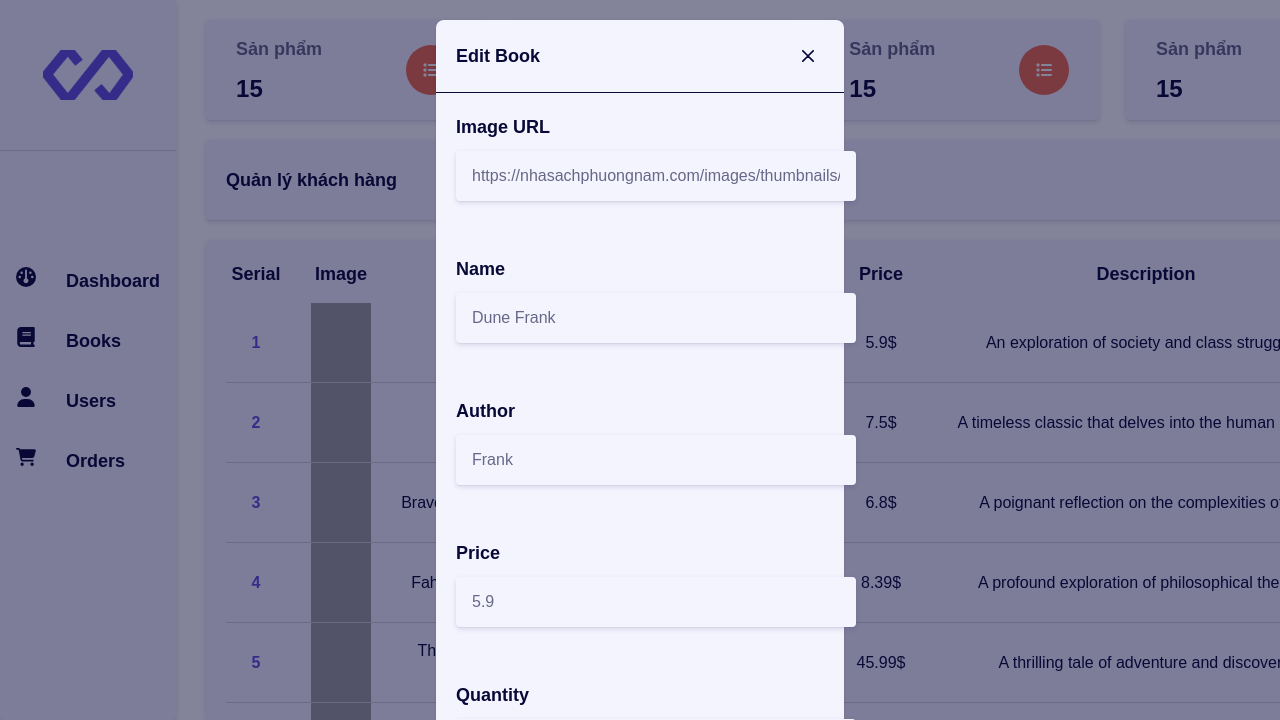
Repository: kauittt/BookStore_FE
Page: / (app in book-store/), after clicking the first element matching `svg.fa-pen`
An editor plug-in stored every save of this project. The page is shown before and after the next save, followed by the edit.
The browser window is 1280 px wide. The pictures show the whole page.
Pictures or frames that could not be fetched are drawn as grey boxes. An inner scrolling area shows only its first screen. The project was rebuilt for these pictures with package versions that can differ from the ones it lists, and the page was loaded fresh each time. Also part of the build but not shown: book-store/vite.config.js, book-store/src/components/login-signup/Login.jsx, book-store/src/components/book/BookItem.jsx, book-store/src/components/book/BookList.jsx, book-store/src/components/elements/BackNavigation.jsx, book-store/src/components/book/BookDetail.jsx, book-store/src/components/cart/QuantitySelector.jsx, book-store/src/components/cart/CartItem.jsx and 3 more.

Above is the page before, as saved 2024-07-20 13:22:36.

After the next save:
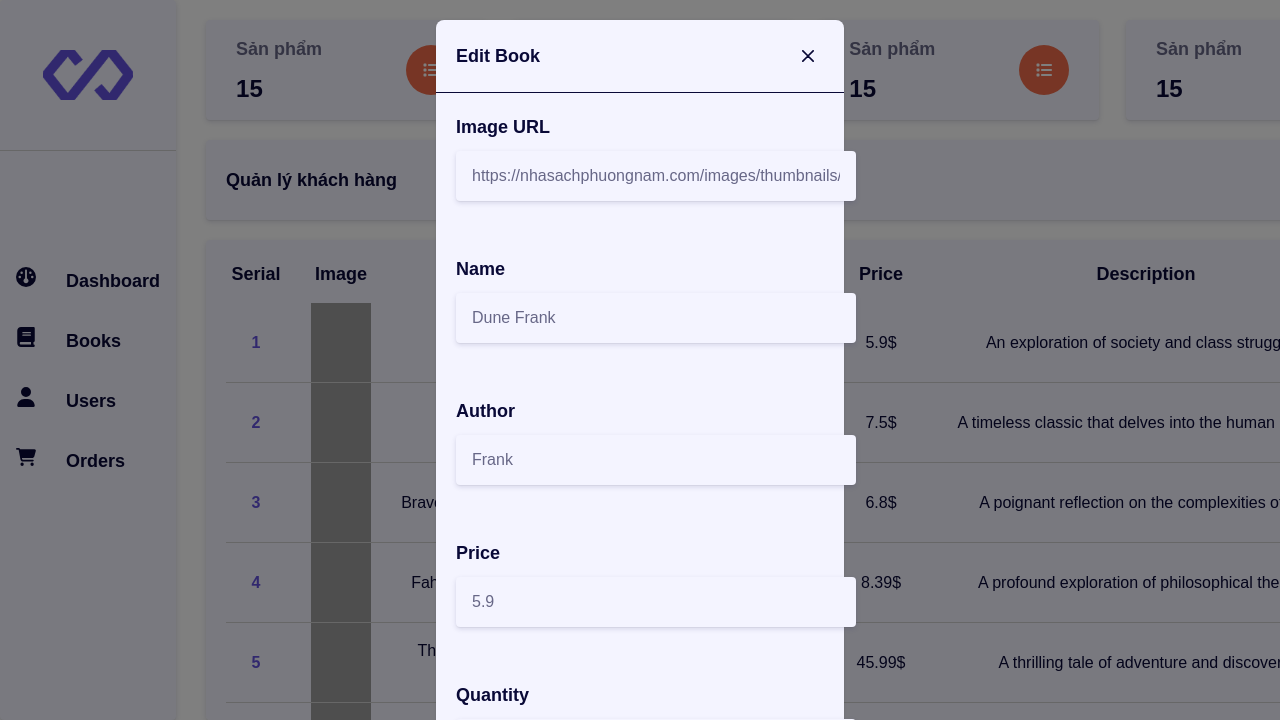
Saved 9 s later.
--- a/book-store/src/components/elements/Modal.jsx
+++ b/book-store/src/components/elements/Modal.jsx
@@ -25,7 +25,7 @@ const Modal = ({ onClose, data, onSave }) => {
     return (
         <div
             id="crud-modal"
-            className="fixed inset-0 bg-text-normal bg-opacity-50 flex justify-center items-center z-50"
+            className="fixed inset-0 bg-[#000] bg-opacity-50 flex justify-center items-center z-50"
         >
             <div className="relative p-[20px] w-full max-w-md max-h-full">
                 <div className="relative bg-bgr-main rounded-lg shadow dark:bg-gray-700">
